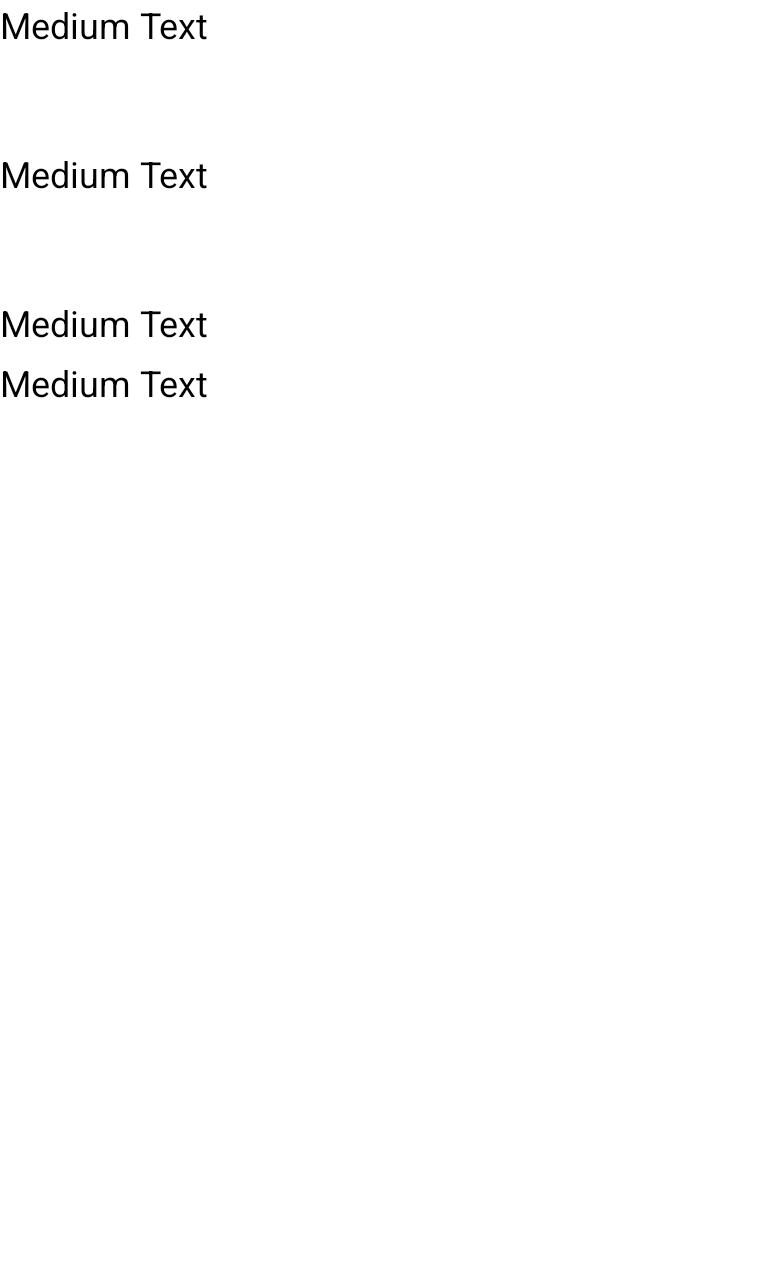
Repository: ankitC/taskmon
Layout: taskmon/res/layout/activity_set_reserve.xml
An editor plug-in stored every save of this project. The layout is shown before and after the next save, followed by the edit.
It is drawn on a 768 x 1280 px phone screen (xhdpi) without system bars, with theme AppTheme; the app's code is not run.

Above is the layout before, as saved 2013-10-07 02:12:43.

After the next save:
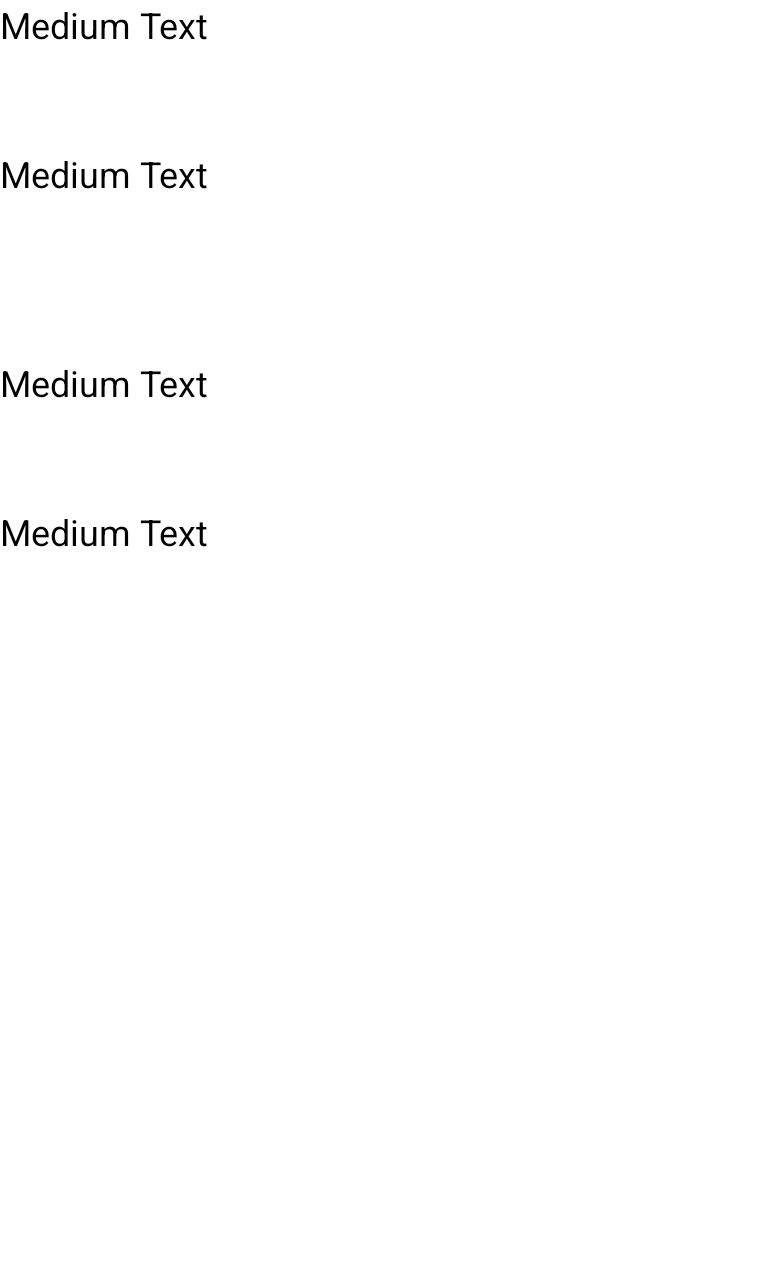
Saved 22 s later.
--- a/taskmon/res/layout/activity_set_reserve.xml
+++ b/taskmon/res/layout/activity_set_reserve.xml
@@ -36,7 +36,7 @@
         android:layout_width="wrap_content"
         android:layout_height="wrap_content"
         android:layout_alignParentLeft="true"
-        android:layout_below="@+id/textView2"
+        android:layout_below="@+id/textView3"
         android:layout_marginTop="50dp"
         android:text="Medium Text"
         android:textAppearance="?android:attr/textAppearanceMedium" />
